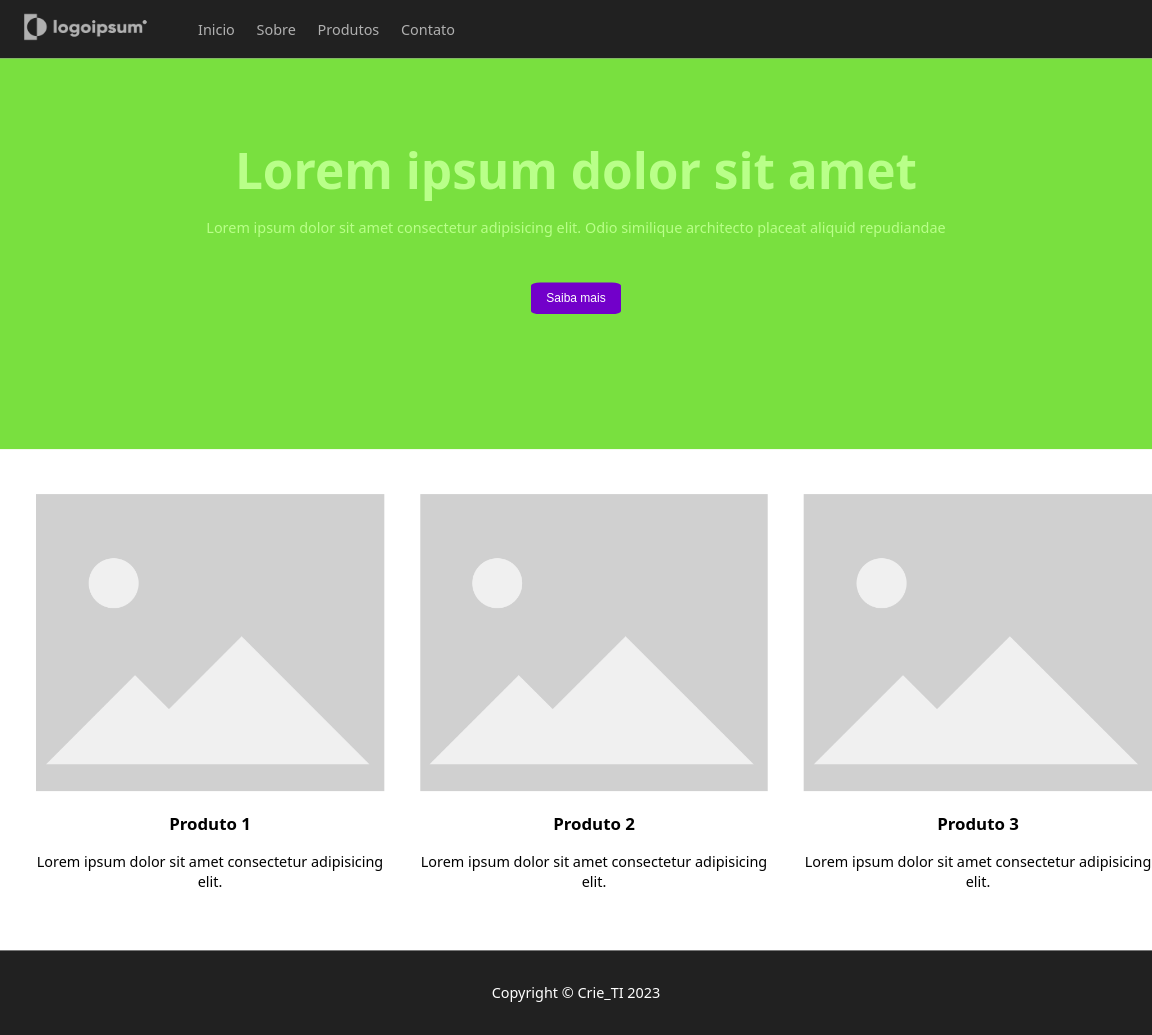
Repository: Carolden/SiteCrie_Ti
Page: index.html
These files come from the project's save history. The page is drawn as it stood at one moment and after the next save; the edit follows.
The browser window is 1280 px wide. The pictures show the whole page, at 90% of full size.

Above is the page before, as saved 2023-04-23 21:27:43.

After the next save:
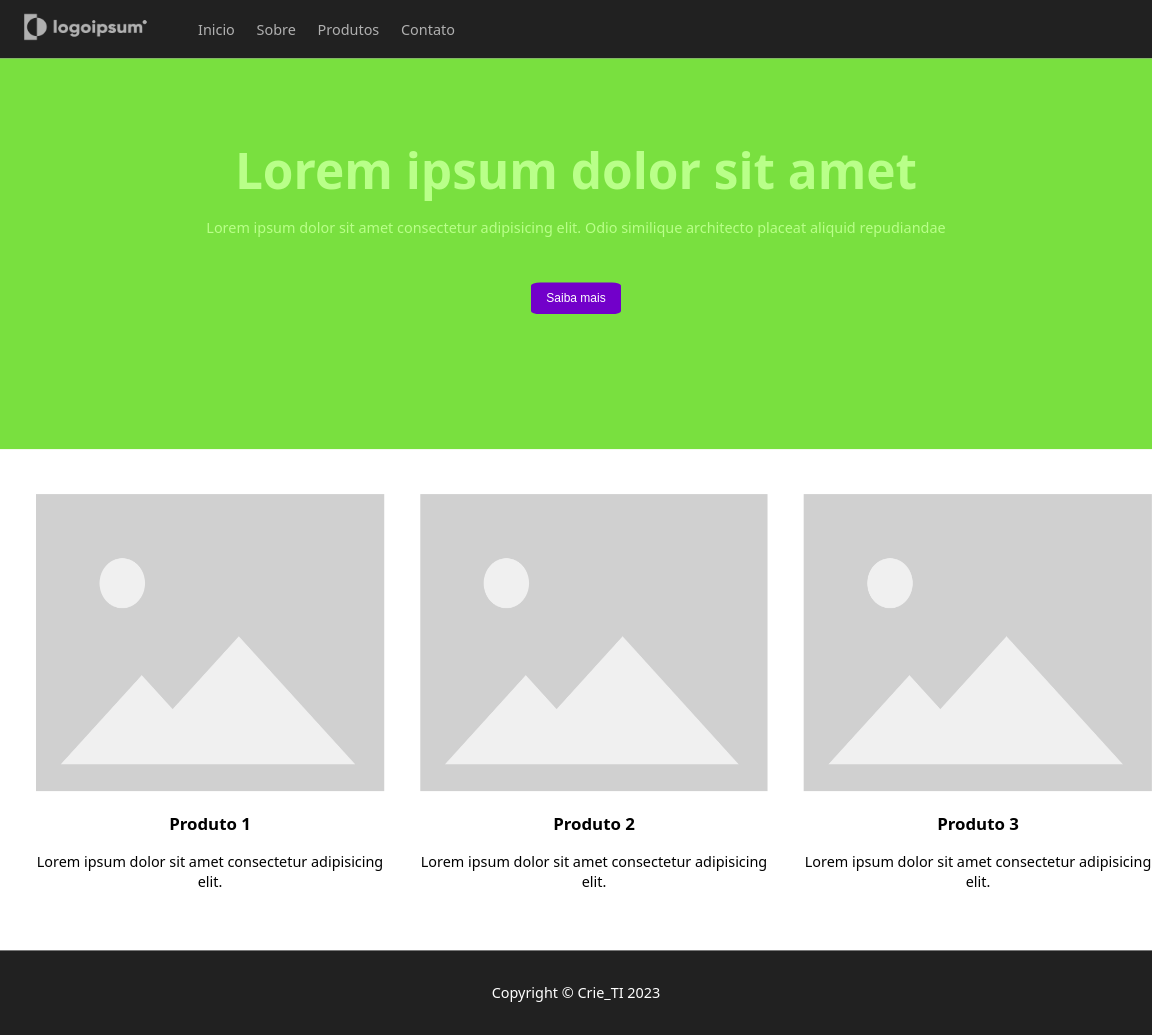
Saved 47 s later.
--- a/index.css
+++ b/index.css
@@ -66,7 +66,6 @@
     display: flex;
     padding-bottom: 50px;
     text-align: center;
-    width:100%;
 
 }
 
@@ -91,7 +90,7 @@
 .column img {
     width: 100%;
     height: 330px;
-    object-fit: cover;
+    /* object-fit: cover; */
     text-align: center;
 }
 

After the save that followed:
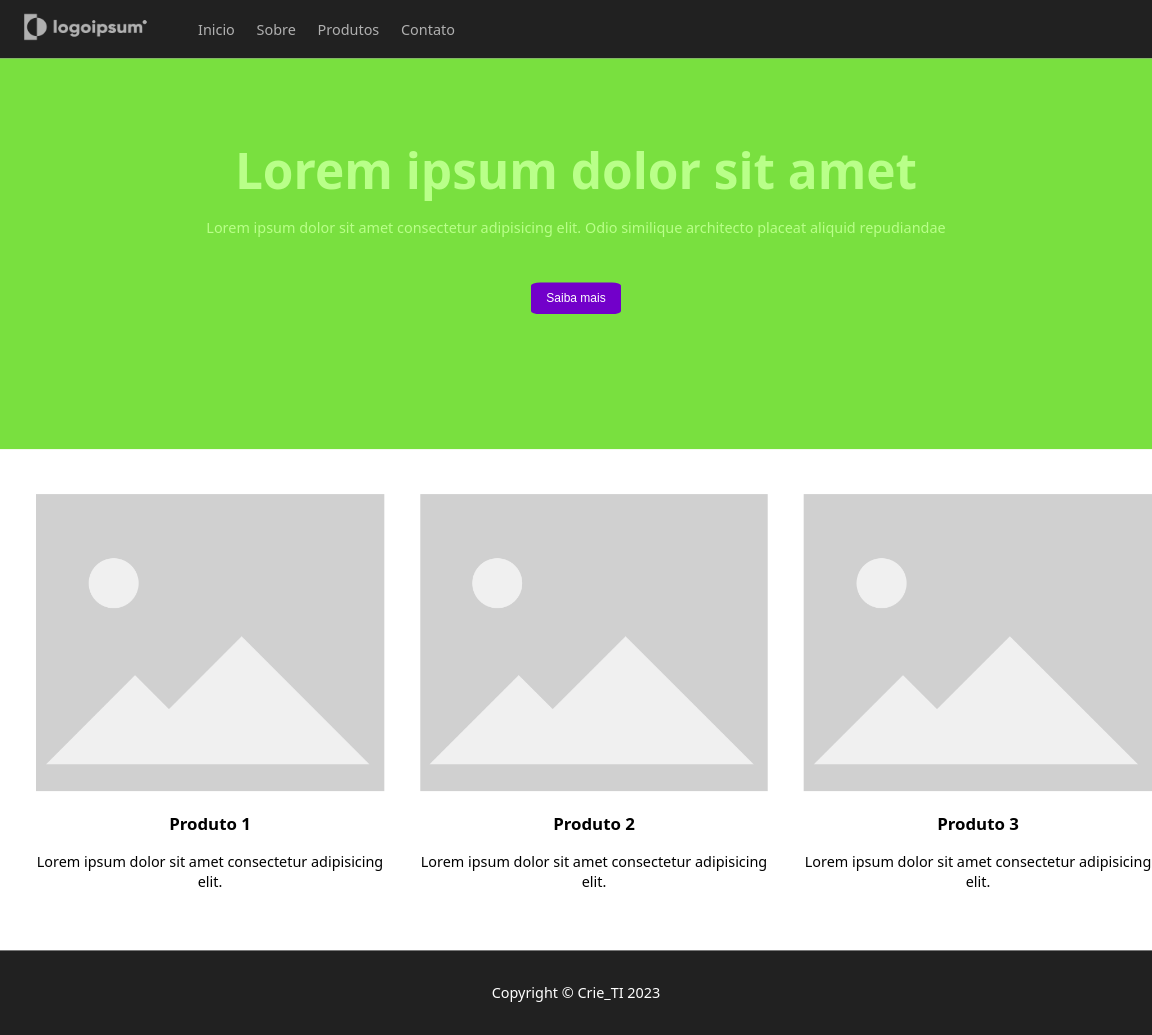
Saved 16 s later.
--- a/index.css
+++ b/index.css
@@ -90,7 +90,7 @@
 .column img {
     width: 100%;
     height: 330px;
-    /* object-fit: cover; */
+    object-fit: cover;
     text-align: center;
 }
 
